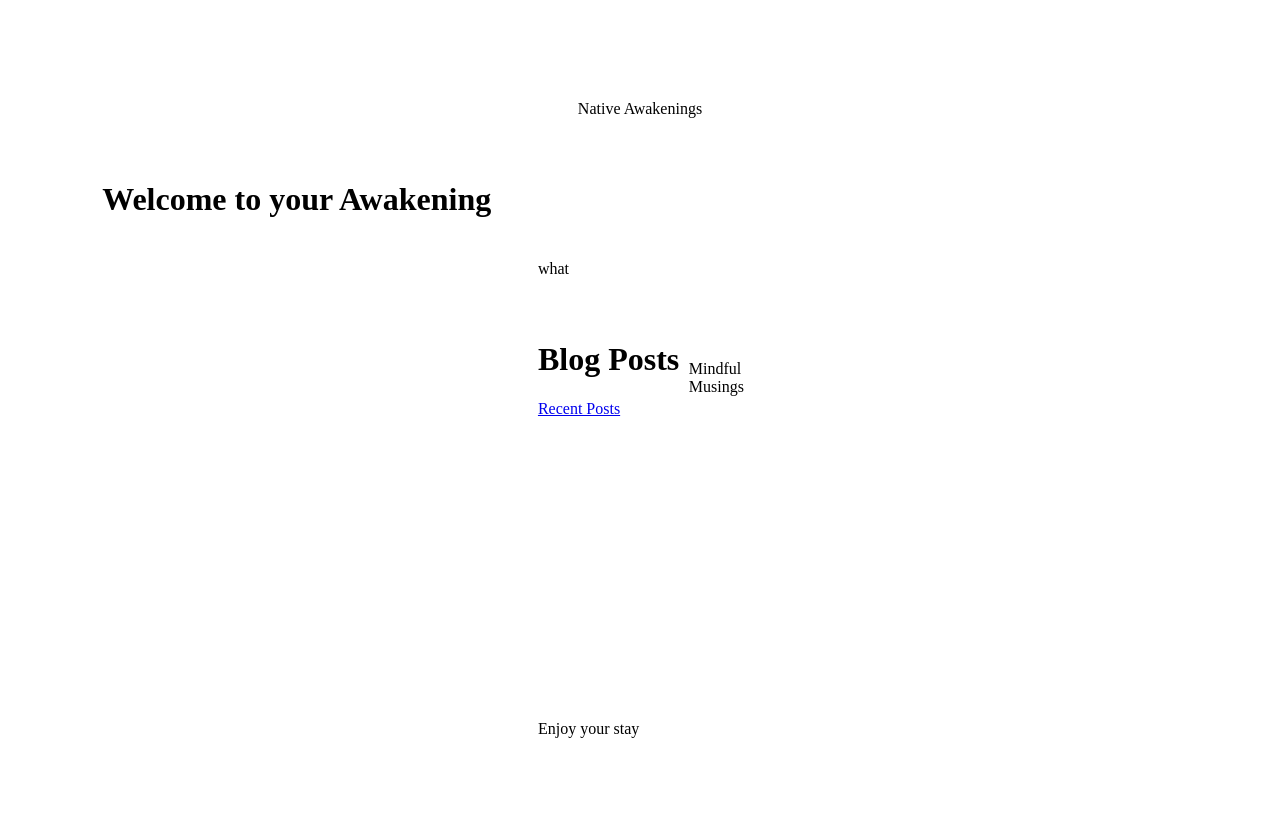
Repository: Gregg-Hendrix/blog-project
Page: index.html
These files come from the project's save history. The page is drawn as it stood at one moment and after the next save; the edit follows.
The browser window is 1280 px wide. The pictures show the whole page.

Above is the page before, as saved 2021-03-15 13:57:51.

After the next save:
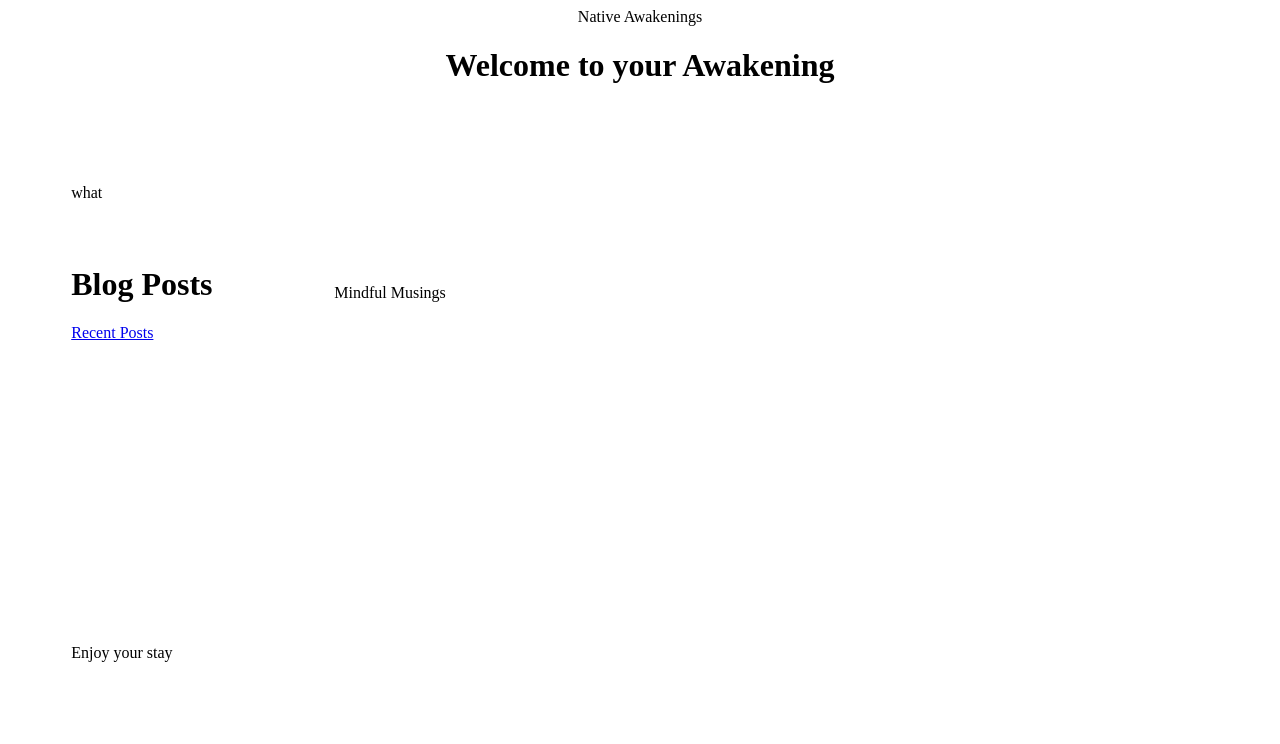
Saved 108 s later.
--- a/index.html
+++ b/index.html
@@ -9,7 +9,6 @@
          </head>
     <body>
         <! -- This aligns the items to the top of the screen -->
-        <div class="container">
             <header class="header">Native Awakenings</header>
             <h1 class="intro">Welcome to your Awakening</h1>
             <div class="container">
